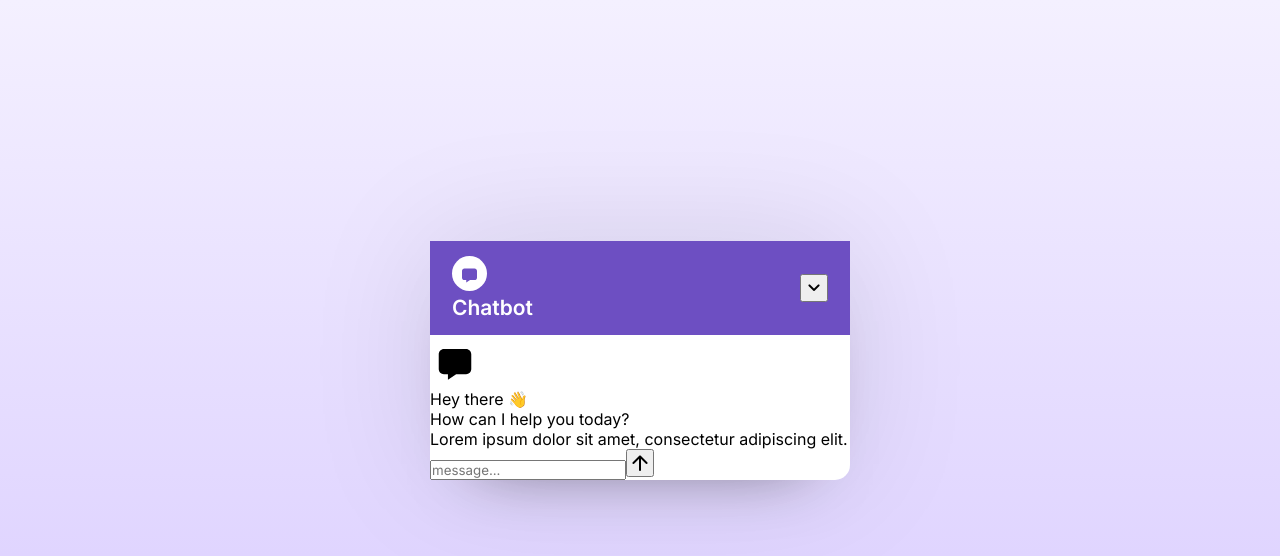
Repository: gogg23/chatbot
Page: / (app in chatbot/)
An editor plug-in stored every save of this project. The page is shown before and after the next save, followed by the edit.
The browser window is 1280 px wide. The pictures show the whole page.
The project was rebuilt for these pictures with package versions that can differ from the ones it lists, and the page was loaded fresh each time. Also part of the build but not shown: chatbot/vite.config.js.

Above is the page before, as saved 2025-01-15 15:07:17.

After the next save:
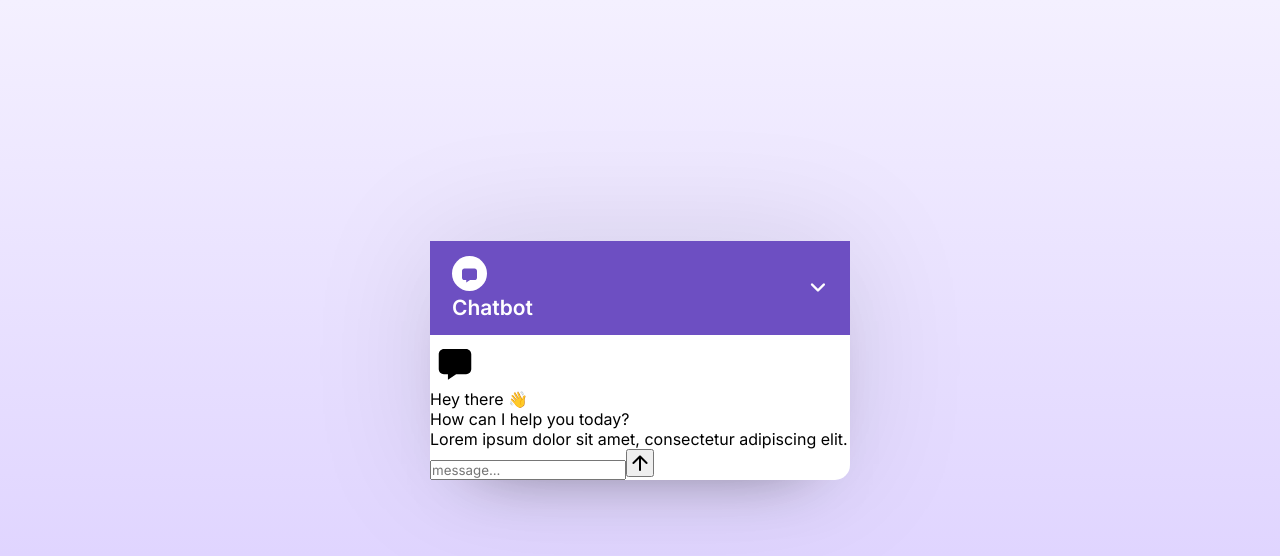
Saved 4 min 29 s later.
--- a/chatbot/src/index.css
+++ b/chatbot/src/index.css
@@ -55,7 +55,7 @@ body {
   font-weight: 600;
 }
 
-.chatbot-header button {
+.chat-header button {
   height: 40px;
   width: 40px;
   border: none;
@@ -69,6 +69,6 @@ body {
   background: none;
   transition: 0.2s ease;
 }
-.chatbot-header button :hover {
+.chat-header button :hover {
   background: #593bab;
 }
